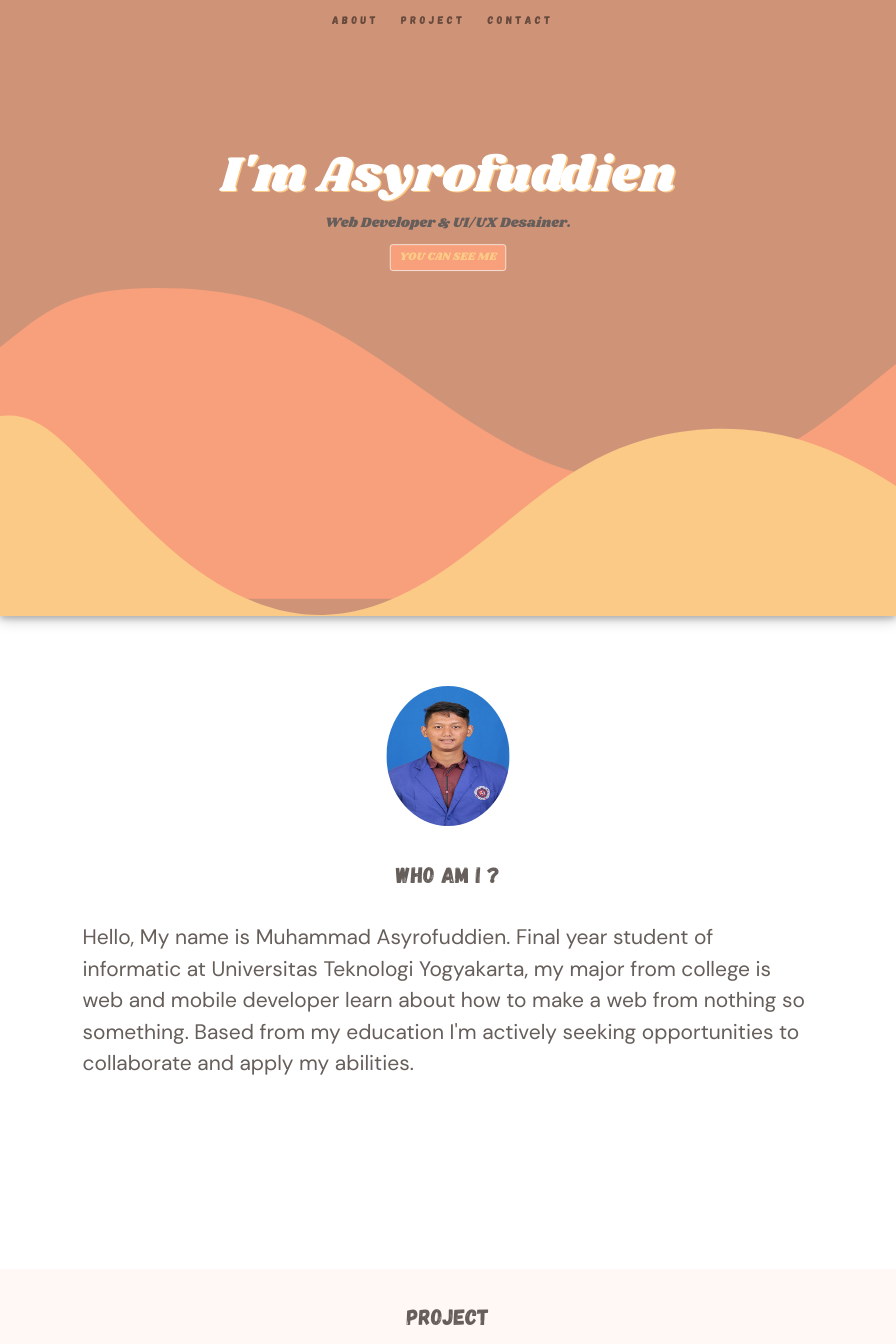
Repository: zetta-muhammad-asyrofuddien/Html-Css-ZettaCAmp
Page: Day1/Portofolio/index.html
The author's editor kept a copy of each file at every save. The page is drawn from the files as they stood at one save, then again after the next save.
The browser window is 1280 px wide. The pictures show the part of the page from y = 0 to 1920 px (the page is 2698 px tall), at 70% of full size.

Above is the page before, as saved 2023-07-07 02:39:59.

### Day1/Portofolio/index.html
<!DOCTYPE html>
<html lang="en">
  <head>
    <meta charset="utf-8" />
    <meta name="viewport" content="width=device-width, initial-scale=1" />
    <title>Portofolio Asyrof</title>
    <link href="https://cdn.jsdelivr.net/npm/bootstrap@5.2.3/dist/css/bootstrap.min.css" rel="stylesheet" integrity="sha384-rbsA2VBKQhggwzxH7pPCaAqO46MgnOM80zW1RWuH61DGLwZJEdK2Kadq2F9CUG65" crossorigin="anonymous" />
    <link rel="stylesheet" href="https://cdn.jsdelivr.net/npm/bootstrap@4.6.2/dist/css/bootstrap.min.css" integrity="sha384-xOolHFLEh07PJGoPkLv1IbcEPTNtaed2xpHsD9ESMhqIYd0nLMwNLD69Npy4HI+N" crossorigin="anonymous" />
    <link rel="stylesheet" type="text/css" href="./syle.css" />
  </head>
  <body>
    <!-- NAVBAR -->
    <section class="N">
      <div class="container">
        <nav class="navbar navbar-expand-lg navbar-light fixed-top">
          <div class="container-fluid">
            <button class="navbar-toggler" type="button" data-bs-toggle="collapse" data-bs-target="#navbarNav" aria-controls="navbarNav" aria-expanded="false" aria-label="Toggle navigation">
              <span class="navbar-toggler-icon"></span>
            </button>
            <div class="collapse navbar-collapse" id="navbarNav">
              <ul class="navbar-nav mx-auto">
                <li class="nav-item">
                  <a class="nav-link" aria-current="page" href="#">A b o u t</a>
                </li>
                <li class="nav-item">
                  <a class="nav-link" href="#">P r o j e c t</a>
                </li>
                <li class="nav-item">
                  <a class="nav-link" href="#">C o n t a c t</a>
                </li>
              </ul>
            </div>
          </div>
        </nav>
      </div>
    </section>

    <!-- Akhir Navbar -->

    <!-- Jumbotron -->
    <div class="jumbotron jumbotron-fluid text-align-center">
      <div class="container">
        <h1 class="display-3 nama">I'm Asyrofuddien</h1>
        <p class="lead job">Web Developer & UI/UX Desainer.</p>
        <a class="btn btn-primary see" href="">YOU CAN SEE ME</a>
      </div>
    </div>
    <!-- Akhir Jumbotron -->

    <!-- About -->
    <div class="container mb-5 py-auto about">
      <div class="d-flex align-items-center about-kanan text-center">
        <div class="row align-items-center">
          <img class="foto" src="./asset/img/foto.jpeg" alt="" />
          <h2 class="mb-5" style="color: #665e5a">WHO AM I ?</h2>
          <p class="deskripsi-saya px-5 text-left">
            Hello, My name is Muhammad Asyrofuddien. Final year student of informatic at Universitas Teknologi Yogyakarta, my major from college is web and mobile developer learn about how to make a web from nothing so something. Based from
            my education I'm actively seeking opportunities to collaborate and apply my abilities.
          </p>
        </div>
      </div>
    </div>
    <!-- Akhir About -->
    <!-- Project -->
    <section class="project">
      <h2 class="text-center pt-5">Project</h2>
      <div class="container mt-5">
        <div class="row">
          <div class="col-4 d-flex align-items-center">
            <div class="card text-bg-dark" style="height: auto">
              <a href="https://asyrofuddien.github.io/capstone-ThinDog/">
                <span class="circle"></span>
                <img src="./asset/img/thindog.png" class="card-img" alt="..." />
                <div class="card-img-overlay text-center d-flex align-items-center">
                  <p class="card-text">Capstone Project Form Udemy</p>
                </div>
              </a>
            </div>
          </div>
          <div class="col-4 d-flex align-items-center">
            <div class="card text-bg-dark" style="height: auto">
              <a href="http://127.0.0.1:8000">
                <span class="circle"></span>
                <img src="./asset/img/Kameubel1.png" class="card-img" alt="..." />
                <div class="card-img-overlay text-center d-flex align-items-center">
                  <p class="card-text">Capstone Project Form Udemy</p>
                </div>
              </a>
            </div>
          </div>
          <div class="col-4 d-flex align-items-center">
            <div class="card text-bg-dark" style="height: auto">
              <a href="http://127.0.0.1:8000">
                <span class="circle"></span>
                <img src="./asset/img/kameubel2.png" class="card-img" alt="..." />
                <div class="card-img-overlay text-center d-flex align-items-center">
                  <p class="card-text">Capstone Project Form Udemy</p>
                </div>
              </a>
            </div>
          </div>
        </div>
        <div class="row mt-5">
          <div class="col-4 d-flex align-items-center"></div>
          <div class="col-4 d-flex align-items-center">
            <div class="card text-bg-dark" style="height: auto">
              <a href="https://asyrofuddien.github.io/capstone-ThinDog/"><span class="circle"></span></a>
              <span class="commingsoon text-center">...</span>
              <div class="card-img-overlay text-center d-flex align-items-center">
                <p class="card-text">COMING SOON</p>
              </div>
            </div>
          </div>
          <div class="col-4 d-flex align-items-center"></div>
        </div>
      </div>
    </section>
    <!-- Akhir Project -->
    <script src="https://cdn.jsdelivr.net/npm/@popperjs/core@2.11.6/dist/umd/popper.min.js" integrity="sha384-oBqDVmMz9ATKxIep9tiCxS/Z9fNfEXiDAYTujMAeBAsjFuCZSmKbSSUnQlmh/jp3" crossorigin="anonymous"></script>
    <script src="https://cdn.jsdelivr.net/npm/bootstrap@5.2.3/dist/js/bootstrap.min.js" integrity="sha384-cuYeSxntonz0PPNlHhBs68uyIAVpIIOZZ5JqeqvYYIcEL727kskC66kF92t6Xl2V" crossorigin="anonymous"></script>
  </body>
</html>

### Day1/Portofolio/syle.css
@font-face {
  font-family: Gagalin;
  src: url(./asset/font/Gagalin-Regular.otf);
}
@font-face {
  font-family: Shrikhand;
  src: url(./asset/font/Shrikhand-Regular.ttf);
}
@font-face {
  font-family: dmSans;
  src: url(./asset/font/DMSans-Regular.ttf);
}
/* UMUM */
.fixed-top {
  background-color: #cf9378;
  margin-bottom: 0;
}
.navbar-brand {
  font-family: Gagalin;
}
.navbar {
  border: none;
}
.nav-link {
  font-family: Gagalin;
  color: white;
  margin-right: 20px;
}

.jumbotron {
  background-image: url(./asset/img/wave.svg);
  background-size: cover;
  height: 885px;
  margin-top: -5px;
  margin-bottom: 0;
  border: none;
  text-align: center;
  box-shadow: 0 4px 8px 0 rgba(0, 0, 0, 0.2), 0 6px 20px 0 rgba(0, 0, 0, 0.19);
}

.nama {
  font-family: Shrikhand;
  color: white;
  text-align: center;
  margin-top: 150px;
  text-shadow: 2px 2px #fcca87;
}

.job {
  font-family: Shrikhand;
  color: #665e5a;
  text-align: center;
}
.see {
  background-color: #f89f7b;
  border-color: white;
  color: #fcca87;
  font-family: Shrikhand;
}
.see:hover {
  background-color: #665e5a;
  border-color: #fcca87;
}
h2.about {
  font-family: Gagalin;
}
section.who {
  background-color: #fff9f7;
  margin-top: 0%;
}
.about {
  height: 885px;
}
.about-kiri {
  border-radius: 0 10% 10% 0;
  text-shadow: 2px 2px #fcca87;
}
.about-kanan {
  font-family: Gagalin;
  text-align: center;
}
.deskripsi-saya {
  font-family: dmSans;
  font-size: 30px;
  margin-right: 20px;
  color: #665e5a;
}
.nav-link:hover::after {
  content: '';
  display: block;
  border-bottom: 3px solid #fcca87;
  width: 50%;
  margin: auto;
}
.foto {
  border-radius: 50%;
  height: 200px;
  width: 200px;
  align-items: center;
  margin: 0 auto;
  margin-top: 100px;
  margin-bottom: 50px;
}
.project {
  background-color: #fff8f5;
}
.project h2 {
  font-family: Gagalin;
  color: #665e5a;
}
.project {
  height: 885px;
}
.card {
  height: 200px;
  width: 350px;
  background-image: linear-gradient(to right top, #1d3634, #2c514c);
  border-radius: 10px;
  overflow: hidden;
  position: relative;
  cursor: pointer;
  box-shadow: 0 4px 8px 0 rgba(0, 0, 0, 0.2), 0 6px 20px 0 rgba(0, 0, 0, 0.19);
}

.card .circle {
  position: absolute;
  height: 0;
  width: 0;
  background-color: #000000;
  opacity: 0.5;
  top: -60px;
  right: -60px;
  transition: all 0.5s;
}

.card:hover {
  transform: scale(1.1);
  transition: all 0.5s;
}
.card:hover .circle {
  height: 300px;
  width: 450px;
}
.card-img-overlay {
  opacity: 0;
  color: #ffffff;
  font-family: Shrikhand;
}
.card-img-overlay:hover {
  opacity: 100%;
  transition: all 0.5s;
}
.commingsoon {
  height: 200px;
}
/* DESKTOP VERSION */
@media (min-width: 992px) {
  /* Navbar */
}

### Day1/Portofolio/asset/img/wave.svg
<svg xmlns="http://www.w3.org/2000/svg" xmlns:xlink="http://www.w3.org/1999/xlink" width="1700" zoomAndPan="magnify" viewBox="0 0 1350 576" height="768" preserveAspectRatio="xMidYMid meet" version="1.0"><defs><clipPath id="88280995c8"><path d="M 0 269.25 L 1350 269.25 L 1350 576 L 0 576 Z M 0 269.25 " clip-rule="nonzero"/></clipPath></defs><rect x="-135" width="1620" fill="#ffffff" y="-57.6" height="691.2" fill-opacity="1"/><rect x="-135" width="1620" fill="#ffffff" y="-57.6" height="691.2" fill-opacity="1"/><rect x="-135" width="1620" fill="#cf9378" y="-57.6" height="691.2" fill-opacity="1"/><g clip-path="url(#88280995c8)"><path fill="#f89f7b" d="M 1413.945312 766.777344 L 1413.945312 429.453125 C 1392.21875 457.429688 1362.003906 480.527344 1328.867188 472.859375 C 1310.898438 468.695312 1296.257812 455.992188 1282.980469 443.210938 C 1245.734375 407.332031 1212.539062 367.136719 1172.433594 334.488281 C 1132.328125 301.84375 1083.167969 276.609375 1031.457031 277.875 C 979.046875 279.15625 931.078125 307.195312 889.472656 339.082031 C 847.867188 370.96875 809.414062 407.820312 762.789062 431.769531 C 700.933594 463.539062 626.5625 470.058594 560.113281 449.53125 C 452.628906 416.339844 374.265625 319.257812 267.050781 285.226562 C 230.175781 273.535156 191.179688 269.78125 152.492188 269.9375 C 121.945312 270.050781 90.679688 272.757812 62.820312 285.265625 C 29.9375 300.035156 4.472656 327.175781 -25.199219 347.640625 C -36.84375 355.675781 -50.003906 362.664062 -63.632812 367.253906 L -63.632812 766.796875 L 1413.945312 766.796875 Z M 1413.945312 766.777344 " fill-opacity="1" fill-rule="nonzero"/></g><path fill="#fcca87" d="M 1287.496094 584.535156 C 1259.617188 597.046875 1228.367188 599.75 1197.820312 599.867188 C 1159.136719 600.023438 1120.140625 596.289062 1083.265625 584.574219 C 976.050781 550.546875 897.6875 453.460938 790.199219 420.269531 C 723.753906 399.746094 649.378906 406.28125 587.527344 438.035156 C 540.898438 461.984375 502.449219 498.832031 460.84375 530.722656 C 419.238281 562.609375 371.265625 590.644531 318.855469 591.929688 C 267.144531 593.195312 217.988281 567.980469 177.882812 535.3125 C 137.773438 502.667969 104.582031 462.46875 67.335938 426.59375 C 54.058594 413.792969 39.417969 401.085938 21.449219 396.945312 C -11.6875 389.277344 -41.902344 412.371094 -63.632812 440.347656 L -63.632812 766.777344 L 1413.925781 766.777344 L 1413.925781 502.570312 C 1400.296875 507.160156 1387.136719 514.144531 1375.496094 522.179688 C 1345.84375 542.648438 1320.378906 569.769531 1287.496094 584.535156 Z M 1287.496094 584.535156 " fill-opacity="1" fill-rule="nonzero"/></svg>

After the next save:
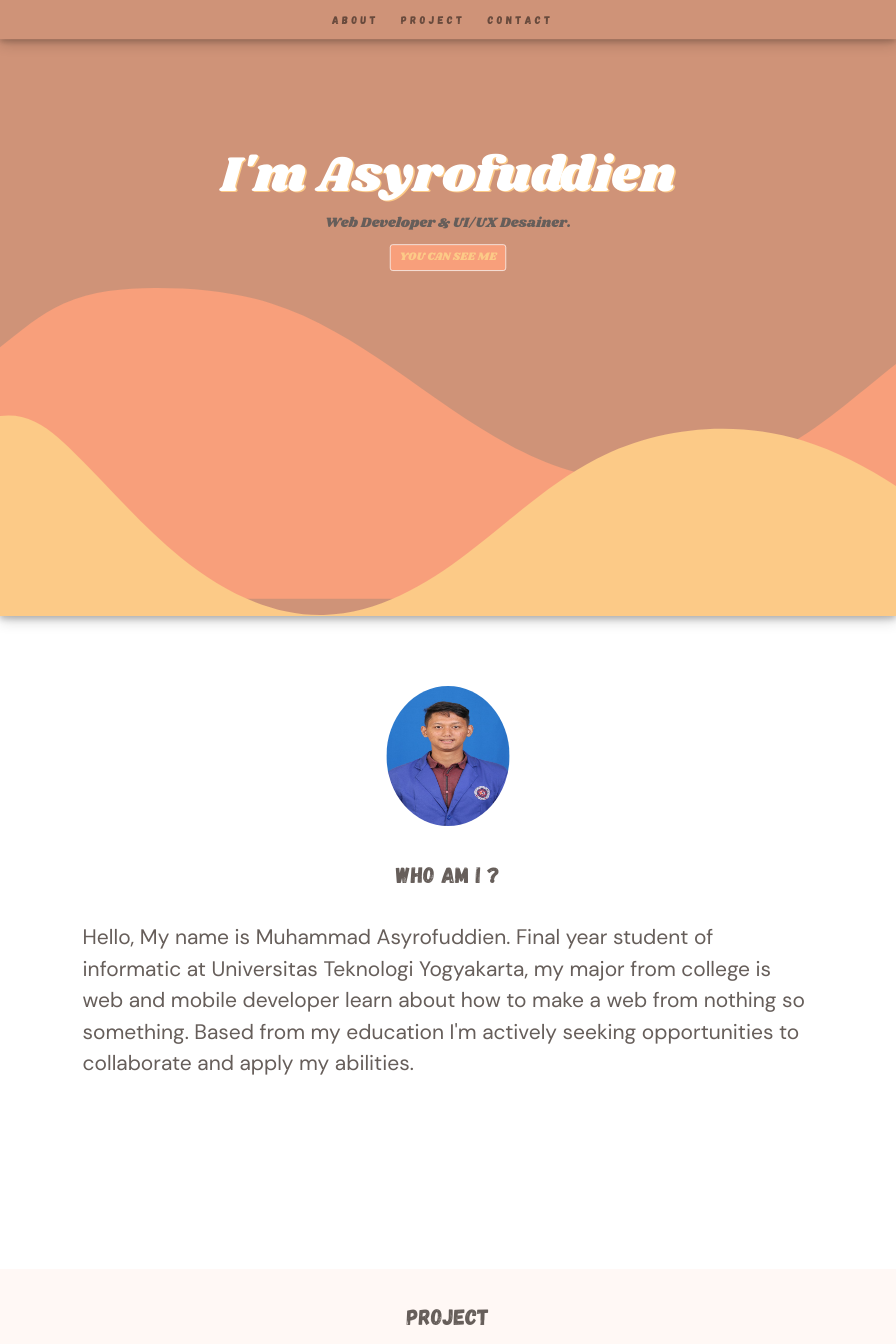
Saved 11 s later.
--- a/Day1/Portofolio/syle.css
+++ b/Day1/Portofolio/syle.css
@@ -14,6 +14,7 @@
 .fixed-top {
   background-color: #cf9378;
   margin-bottom: 0;
+  box-shadow: 0 4px 8px 0 rgba(0, 0, 0, 0.2), 0 6px 20px 0 rgba(0, 0, 0, 0.19);
 }
 .navbar-brand {
   font-family: Gagalin;
